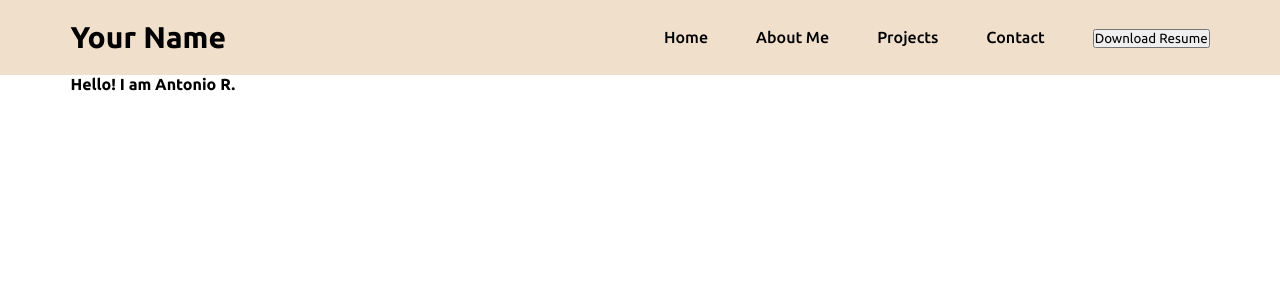
Repository: DevAntonioRogers/vanilla-portfolio
Page: index.html
These files come from the project's save history. The page is drawn as it stood at one moment and after the next save; the edit follows.
The browser window is 1280 px wide. The pictures show the whole page.

Above is the page before, as saved 2023-07-14 16:11:48.

### index.html
<!DOCTYPE html>
<html lang="en">
  <head>
    <meta charset="UTF-8" />
    <meta name="viewport" content="width=device-width, initial-scale=1.0" />
    <link rel="stylesheet" href="style.css" />
    <title>Antonio Rogers</title>
  </head>
  <body>
    <nav>
      <div class="container navbar">
        <a href="/" aria-label="Home"> <h1>Your Name</h1></a>
        <ul>
          <li>
            <a href="/" aria-label="Home">Home</a>
          </li>
          <li>
            <a href="/" aria-label="About Me">About Me</a>
          </li>
          <li>
            <a href="/" aria-label="Projects">Projects</a>
          </li>
          <li>
            <a href="/" aria-label="Contact">Contact</a>
          </li>
          <li>
            <a href="/resume.pdf" download aria-label="Download Resume">
              <button class="navbar-button">Download Resume</button>
            </a>
          </li>
        </ul>
      </div>
    </nav>

    <section class="hero">
      <div class="container hero-container">
        <h4>Hello! I am Antonio R.</h4>
      </div>
    </section>
  </body>
</html>

### style.css
@import url("https://fonts.googleapis.com/css2?family=Ubuntu:wght@300;400;500;700&display=swap");

* {
  box-sizing: border-box;
  padding: 0;
  margin: 0;
  font-family: "Ubuntu", sans-serif;
}

a {
  text-decoration: none;
  color: inherit;
}

li {
  list-style: none;
}

.container {
  width: 89%;
  margin: auto;
  max-width: 1500px;
}

nav {
  background: #f0dfcb;
  padding: 20px 0;
}

.navbar {
  display: flex;
  justify-content: space-between;
  align-items: center;
}

.navbar h1 {
  font-size: 30px;
  font-weight: 700;
}

.navbar ul {
  display: flex;
  gap: 3rem;
}

.navbar ul li {
  font-weight: 500;
}

After the next save:
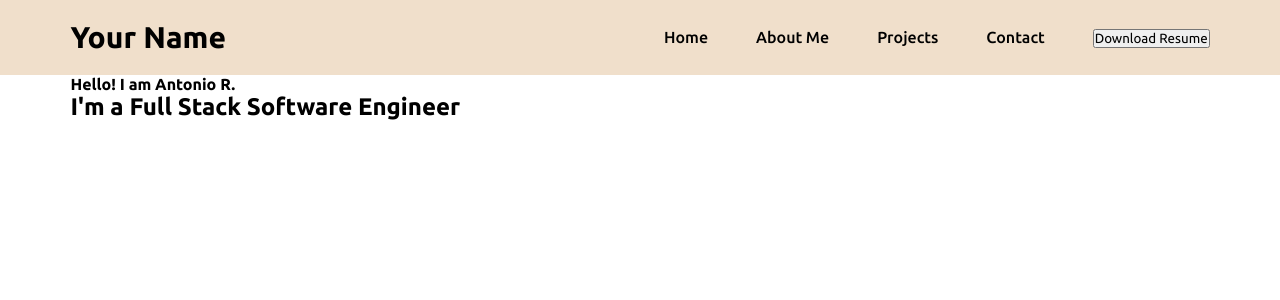
Saved 44 s later.
--- a/index.html
+++ b/index.html
@@ -35,6 +35,8 @@
     <section class="hero">
       <div class="container hero-container">
         <h4>Hello! I am Antonio R.</h4>
+        <h1>I'm a Full Stack Software Engineer</h1>
+        <p></p>
       </div>
     </section>
   </body>
